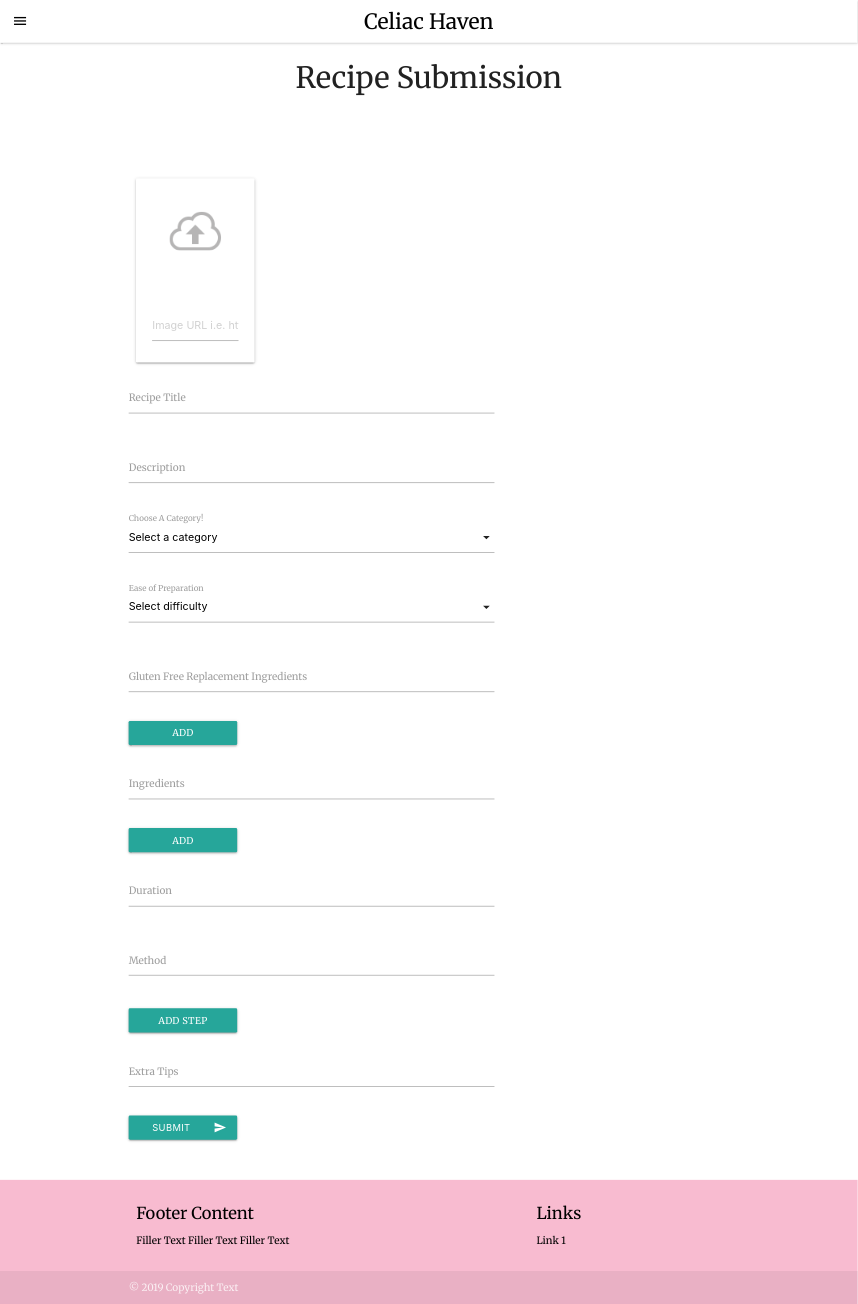
Repository: DanielJMaia/cookbook-project
Page: http://localhost/add_recipe
The author's editor kept a record of every edit. The page is drawn from the files as they stood at one moment, then again after the next edit.
The browser window is 1280 px wide. The pictures show the whole page, at 67% of full size.
Some web fonts or font styles are not loaded; a fallback is used. The page is served by the project's application, run on Flask 3 (app.py). Queries for data that is not in the repository find no rows.

Above is the page before.

After the next edit:
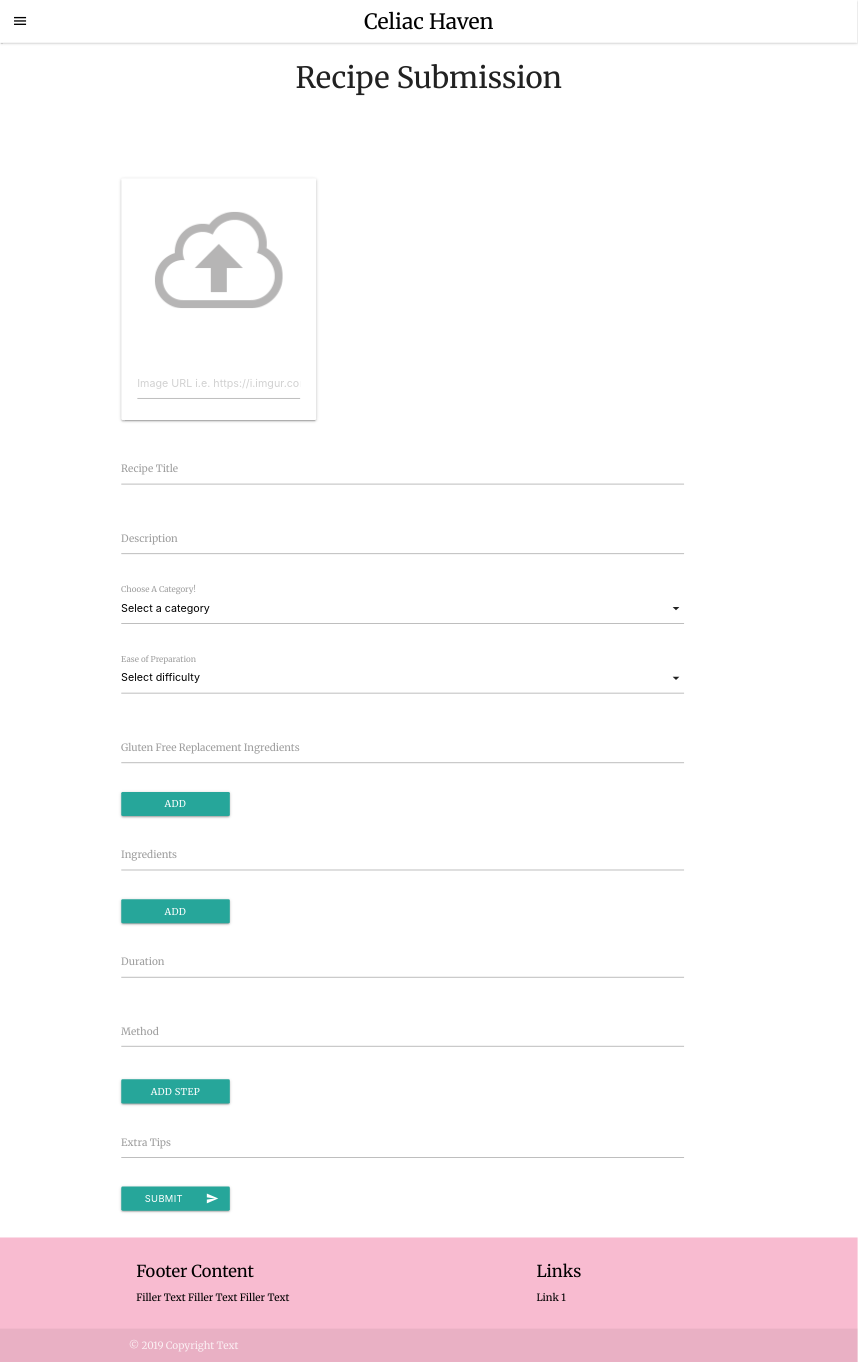
The edit:
--- a/templates/add_recipe.html
+++ b/templates/add_recipe.html
@@ -1,21 +1,22 @@
 {% extends 'base.html' %} {% block content %}
 
 <h3 class="center-align" id="submit_recipe_header">Recipe Submission</h3>
-<div class="container">
-    <div class="row">
-        <form action="{{url_for('insert_recipe')}}" method="POST" class="col s12 m8" autocomplete="off">
+<form action="{{url_for('insert_recipe')}}" method="POST" class="col s12 m8" autocomplete="off">
+    <div class="container">
+        <div class="row">
 
-             <div class="row">
-             <div class="col s12 m4 submit_image_spacing">
-            <div class="card">
-                <div class="card-image">
-                    <img src="/static/img/upload.jpg" class="image" id="upload_image">
-                </div>
-                <div class="card-content input-field">
-                    <input id="add_image" type="text" class="validate" name="url" placeholder="Image URL i.e. https://i.imgur.com/PuHbs0g.jpg" required>
+            <div class="row">
+                <div class="col s12 m4 submit_image_spacing">
+                    <div class="card">
+                        <div class="card-image">
+                            <img src="/static/img/upload.jpg" class="image" id="upload_image">
+                        </div>
+                        <div class="card-content input-field">
+                            <input id="add_image" type="text" class="validate" name="url" placeholder="Image URL i.e. https://i.imgur.com/PuHbs0g.jpg" required>
+                        </div>
+                    </div>
                 </div>
             </div>
-        </div>
             <div class="row">
                 <div class="input-field col s11">
                     <input id="recipe_title" type="text" class="validate" name="title" required>
@@ -102,8 +103,8 @@
                 </button>
                 </div>
             </div>
-        </form>
-    </div>
+</form>
+</div>
 </div>
 
 {% endblock %}
